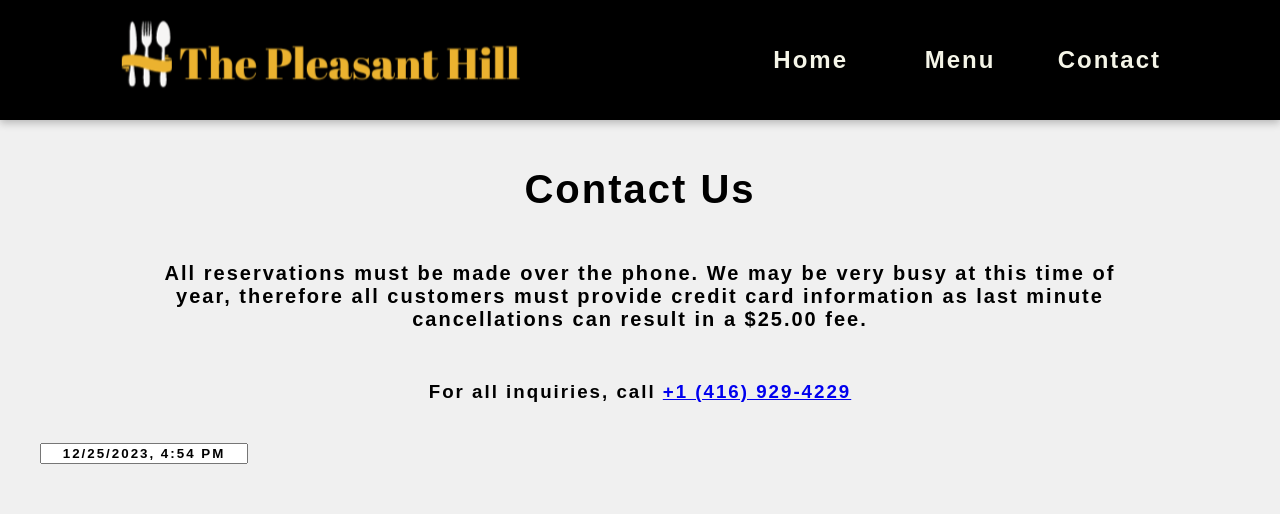
Repository: shayanabedi98/pleasant-hill-restaurant
Page: /, after clicking the first element matching `ul > :nth-child(3)`
These files come from the project's save history. The page is drawn as it stood at one moment and after the next save; the edit follows.
The browser window is 1280 px wide. The pictures show the part of the page from y = 0 to 514 px (the page is 1010 px tall before and 720 px after).
Pictures or frames that could not be fetched are drawn as grey boxes. Some web fonts or font styles are not loaded; a fallback is used. The project was rebuilt for these pictures with package versions that can differ from the ones it lists, and the page was loaded fresh each time. Also part of the build but not shown: vite.config.js, src/components/MenuList.jsx, src/components/Appetizers.jsx, src/components/Entrees.jsx, src/components/Desserts.jsx, src/components/Drinks.jsx, src/components/Menu.jsx, src/index.css.

Above is the page before, as saved 2024-01-08 15:20:08.

### index.html
<!doctype html>
<html lang="en">
  <head>
    <meta charset="UTF-8" />
    <link rel="icon" type="image/svg+xml" href="/vite.svg" />
    <meta name="viewport" content="width=device-width, initial-scale=1.0" />
    <link rel="preconnect" href="https://fonts.googleapis.com">
    <link rel="preconnect" href="https://fonts.gstatic.com" crossorigin>
    <link href="https://fonts.googleapis.com/css2?family=Italiana&display=swap" rel="stylesheet">
    <title></title>
  </head>
  <body>
    <div id="root"></div>
    <script type="module" src="/src/main.jsx"></script>
  </body>
</html>

### src/App.jsx
import { useState } from "react";
import Contact from "./components/Contact";
import Home from "./components/Home";
import Menu from "./components/Menu";
import Navbar from "./components/Navbar";
import "./App.css";

function App() {
  const [activeDiv, setActiveDiv] = useState({
    home: true,
    menu: false,
    contact: false,
  });

  const renderDiv = (clickedItem) => {
    setActiveDiv({
      home: clickedItem === 'home',
      menu: clickedItem === 'menu',
      contact: clickedItem === 'contact'
    })
  }

  return (
    <>
      <Navbar onClick={renderDiv} />
      {activeDiv.home && <Home />}
      {activeDiv.menu && <Menu />}
      {activeDiv.contact && <Contact />}
    </>
  );
}

export default App;

### src/components/Contact.jsx
import React, { useState } from "react";
import DatePicker from "react-datepicker";
import "react-datepicker/dist/react-datepicker.css";

const Contact = () => {
  const [startDate, setStartDate] = useState(new Date());

  return (
    <div className="contact">
      <h1>Contact Us</h1>
      <h2>
        All reservations must be made over the phone. We may be very busy at
        this time of year, therefore all customers must provide credit card
        information as last minute cancellations can result in a $25.00 fee.
      </h2>
      <h3>
        For all inquiries, call <a href="tel:+14169295229">+1 (416) 929-4229</a>{" "}
      </h3>
      <form action="">
        <DatePicker
          selected={startDate}
          onChange={(date) => setStartDate(date)}
          minDate={new Date()}
          showTimeSelect
          dateFormat="Pp"
        />
      </form>
      <div className="iframe-div">
        <iframe
          className="map"
          src="https://www.google.com/maps/embed?pb=!1m18!1m12!1m3!1d721.6078904512414!2d-79.3904640303319!3d43.65999366841537!2m3!1f0!2f0!3f0!3m2!1i1024!2i768!4f13.1!3m3!1m2!1s0x882b34b7cf806435%3A0x842c90518fb9fea1!2s109%20College%20St%2C%20Toronto%2C%20ON%20M5G%201L6!5e0!3m2!1sen!2sca!4v1703711320331!5m2!1sen!2sca"
          width="800"
          height="400"
          style={{ border: 0 }}
        ></iframe>
      </div>
    </div>
  );
};

export default Contact;

### src/components/Home.jsx
import React from 'react'
import aboutImg from '../assets/about.jpg'
import toronto from '../assets/toronto.jpg'
import '../assets/banner.jpg'

const Home = () => {
  return (
    <div className='home'>
      <div className='banner-content'>
        <h1>Dine in luxury at The Pleasant Hill</h1>
        <div className='banner-buttons'>
          <button>View Menu</button>
          <button>Book Reservation</button>
        </div>
      </div>
      <div className="about">
        <div className='about1'>
          <img src={aboutImg} alt="zoomed in picture of a dining table with utensils" />
          <h2>Indulge in the Epitome of Gastronomic Luxury at The Pleasant Hill, Toronto's premier dining establishment where every dish promises an adventure for the senses. Experience the pinnacle of culinary artistry in the heart of Ontario. Each dish is a masterpiece, composed of the finest locally-sourced ingredients and presented with the elegance worthy of royalty.</h2>
        </div>

        <div className="about2">
          <p>Nestled in the heart of Toronto, Ontario, The Pleasant Hill offers an oasis of culinary refinement in a world bustling with activity. This luxurious haven of gastronomy is not just a restaurant; it is a destination where the art of fine dining is celebrated, and every meal is an exquisite journey. With its opulent ambiance, The Pleasant Hill invites patrons to indulge in a symphony of flavors crafted by world-renowned chefs. Our sommelier-curated wine selection complements the epicurean delights, featuring rare vintages and sought-after labels from the most esteemed vineyards. At The Pleasant Hill, we believe that a meal should be a cherished moment, a time to savor the luxuries that life has to offer. We take pride in creating an unforgettable experience that begins with a warm welcome and lingers long after the last decadent dessert is enjoyed. Come, be our guest and immerse yourself in the pinnacle of Toronto's dining scene.</p>
          <img src={toronto} alt="Toronto skyline" />
        </div>
      </div>
    </div>
  )
}

export default Home

### src/components/Navbar.jsx
import React from "react";
import logo from "../assets/logo2.png";

const Navbar = ({ onClick }) => {
  return (
    <div className="navbar">
      <img src={logo} alt="" />
      <ul>
        <li onClick={() => onClick("home")}>Home</li>
        <li onClick={() => onClick("menu")}>Menu</li>
        <li onClick={() => onClick("contact")}>Contact</li>
      </ul>
    </div>
  );
};

export default Navbar;

### src/App.css
* {
  font-family: 'Italiana', sans-serif;
  font-weight: 600;
  letter-spacing: 2px;
}

body {
  padding: 0px;
  margin: 0px;
}

.navbar {
  background-color: black;
  display: grid;
  grid-template-columns: 1fr 1fr;
  place-items: center;
  align-content: center;
  height: 120px;
  box-shadow: rgba(0, 0, 0, 0.24) 0px 3px 8px;
  z-index: 2;
  position: fixed;
  width: 100%;
  top: 0;
}

.navbar ul li {
  list-style: none;
  font-size: 24px;
  text-align: center;
  color: rgb(245, 245, 232);
  background-color: black;
}

.navbar ul {
  display: grid;
  width: 70%;
  grid-template-columns: 1fr 1fr 1fr;
  padding: 0px;
  margin: 0px;

}

.navbar ul li:hover {
  cursor: pointer;
  background-color: #aa9c66;
}

.banner-content {
  background: url('./assets/banner.jpg');
  background-attachment: fixed;
  height: 980px;
  display: grid;
  place-items: center;
}

.banner-content h1 {
  position: relative;
  top: 200px;
  font-size: 70px;
  color: #ffffff;
}

.banner-buttons {
  position: relative;
  top: -150px;
  display: grid;
  grid-template-columns: 1fr 1fr;
  gap: 50px;
}

.banner-buttons button {
  width: 170px;
  height: 70px;
  font-size: 20px;
  border: none;
  background-color: #aa9c66;
  color: #ffffff;
  cursor: pointer;
  box-shadow: rgba(50, 50, 93, 0.25) 0px 13px 27px -5px, rgba(0, 0, 0, 0.3) 0px 8px 16px -8px;
}

.about {
  box-shadow: rgba(0, 0, 0, 0.1) 0px 4px 6px -1px, rgba(0, 0, 0, 0.06) 0px 2px 4px -1px;
  width: 1220px;
  margin: 70px auto;
  padding: 40px;
  text-align: start;
  background-color: #f0f0f0;
}

.about1, .about2 {
  display: grid;
  grid-template-columns: 1fr 1fr;
  place-items: center;
  width: 1200px;
  margin: 70px auto;
  padding: 25px;
  line-height: 35px;
}

.about img {
  height: 550px;
  width: 550px;
  object-fit: cover;
}

.menu {
  background-color: #f0f0f0;
  width: 1220px;
  padding: 40px;
  margin: 120px auto;
  box-shadow: rgba(0, 0, 0, 0.1) 0px 4px 6px -1px, rgba(0, 0, 0, 0.06) 0px 2px 4px -1px;
}

.card-container {
  display: grid;
  gap: 20px;
  grid-template-columns: repeat(3, 1fr);
  place-items: center;
  color: #aa9c66;
  width: 1200px;
  margin: auto;
}

.menu-imgs {
  width: 300px;
  margin: 30px 30px 30px 30px;
  border-radius: 5%;
}

.menu-desc {
  text-align: center;
  font-weight: 600;
  padding-left: 20px;
  padding-right: 20px
}

.menu-names {
  font-size: 25px;
  text-decoration: underline;
  color: rgb(158, 152, 96);
}

.card {
  width: 370px;
  min-height: 400px;
  cursor: pointer;
  box-shadow: 0 13px 27px -5px hsla(240, 30.1%, 28%, 0.25), 0 8px 16px -8px hsla(0, 0%, 0%, 0.3), 0 -6px 16px -6px hsla(0, 0%, 0%, 0.03);
  transition: all ease 200ms;
  display: grid;
  place-items: center;
  grid-template-rows: 1fr 0.3fr 0.3fr;
  background-color: black;
  border-radius: 1rem;
  overflow: hidden;

}

.card:hover {
  cursor: pointer;
  transform: scale(1.03);
  box-shadow: 0 13px 40px -5px hsla(240, 30.1%, 28%, 0.12), 0 8px 32px -8px hsla(0, 0%, 0%, 0.14), 0 -6px 32px -6px hsla(0, 0%, 0%, 0.02);
}


.menu-desc, .menu-names {
  background-color: black;
}

.menu h2 {
  text-align: center;
  font-size: 35px;
  margin: 60px 0 60px 0;

}

.menu h1 {
  text-align: center;
  font-size: 40px;
}

.menu-top-p {
  text-align: center;
  font-size: 23px;
  width: 1200px;
  margin: 70px auto;
}

.contact {
  background-color: #f0f0f0;
  width: 1200px;
  margin: 100px auto;
  height: 730px;
  padding: 40px;
}


.contact h1 {
  text-align: center;
  width: 1200px;
  font-size: 40px;

}

.contact h2 {
  text-align: center;
  margin: 50px auto;
  width: 1000px;
  font-size: 20px;
}

.contact h3 {
  text-align: center;
  margin: 40px auto;
}

/* Style the calendar container */
.react-datepicker {
  border: none;
  border-radius: 10px;
  box-shadow: 0 4px 8px rgba(0, 0, 0, 0.1);
}

.contact input {
  width: 200px;
  text-align: center;
  font-family: sans-serif;
}

/* Style the header */
.react-datepicker__header {
  background-color: #4a90e2;
  color: white;
}

/* Style the days of the week */
.react-datepicker__day-name {
  color: #333;
}

/* Style the date cells */
.react-datepicker__day, .react-datepicker__day-name {
  width: 2.5rem;
  line-height: 2.5rem;
  margin: 0.166rem;
  border-radius: 50%;
}

/* Style the selected date */
.react-datepicker__day--selected {
  background-color: #c2ab4f;
  color: white;
}

/* Style the hover effect on dates */
.react-datepicker__day:hover {
  background-color: #aa9c66;
}


.iframe-div {
  margin: 50px auto;
  display: flex;
  justify-content: center;
  align-items: center;
  height: 400px;
}



@media only screen and (max-width: 1300px) {
  .about {
    width: 100%;
    padding: 0;
  }

  .about1, .about2 {
    grid-template-rows: 1fr 1fr;
    grid-template-columns: none;

  }

  .about1 {
    margin: 0;
    padding-top: 50px;
  }

  .about1 img {
    width: 500px;
    height: 300px;
  }

  .about1 h2 {
    font-size: 20px;
    margin: 50px 40px 40px 40px;
    text-align: center;
  }

  .about2 img {
    order: -1;
    width: 600px;
    height: 400px;
  }

  .about2 p {
    text-align: center;
    font-size: 15px;
  }

  .banner-content {
    width: 100%;
  }

  .home {
    width: 100%;
  }

  .home h1 {
    font-size: 45px;
  }

  .banner-buttons button {
    width: 170px;
  }

}

Loaded but not shown: src/main.jsx (common file)

After the next save:
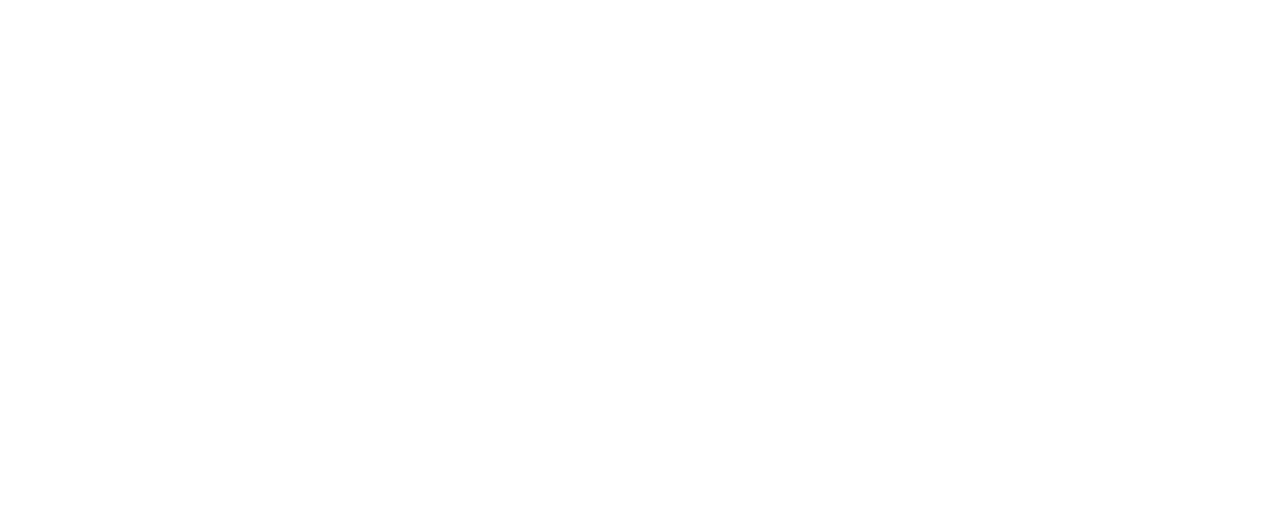
Console error (its wording comes from the project's code and is left out).
Saved 62 s later.
--- a/src/components/Contact.jsx
+++ b/src/components/Contact.jsx
@@ -18,7 +18,7 @@
       </h3>
       <form action="">
         <DatePicker
-          selected={startDate}
+          selected={'Pick a date'}
           onChange={(date) => setStartDate(date)}
           minDate={new Date()}
           showTimeSelect

After the 2 saves that followed:
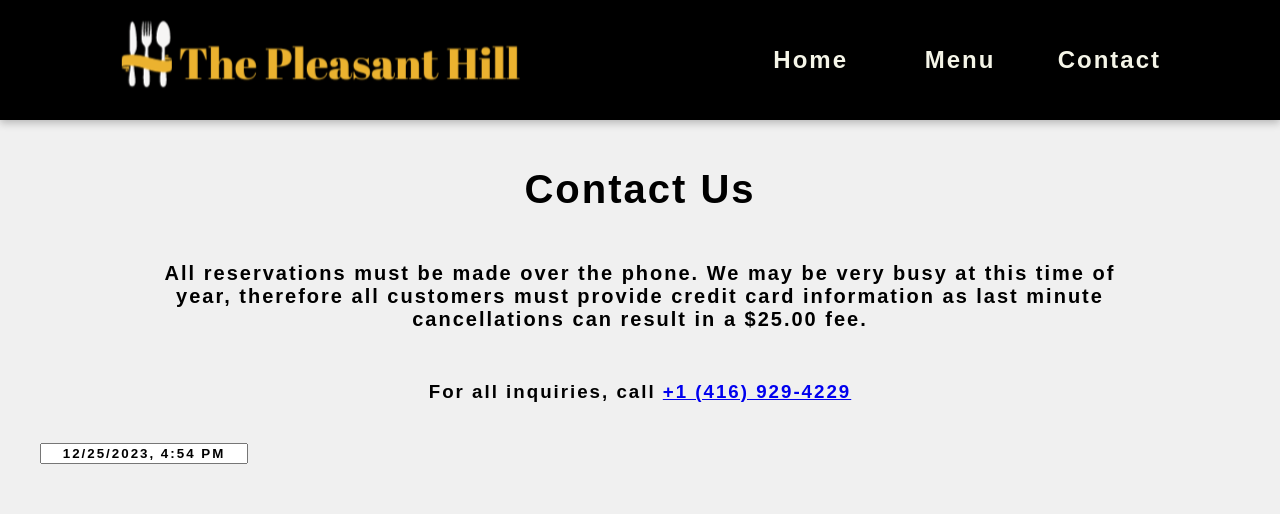
The error is gone.
The 2 saves are shown as one change because 1 left the picture as it was.
The last was saved 3 min 15 s later.
--- a/src/components/Contact.jsx
+++ b/src/components/Contact.jsx
@@ -4,6 +4,7 @@
 
 const Contact = () => {
   const [startDate, setStartDate] = useState(new Date());
+  const [placeholder = setPlaceholder] = useState('')
 
   return (
     <div className="contact">
@@ -18,7 +19,7 @@
       </h3>
       <form action="">
         <DatePicker
-          selected={'Pick a date'}
+          selected={startDate}
           onChange={(date) => setStartDate(date)}
           minDate={new Date()}
           showTimeSelect
